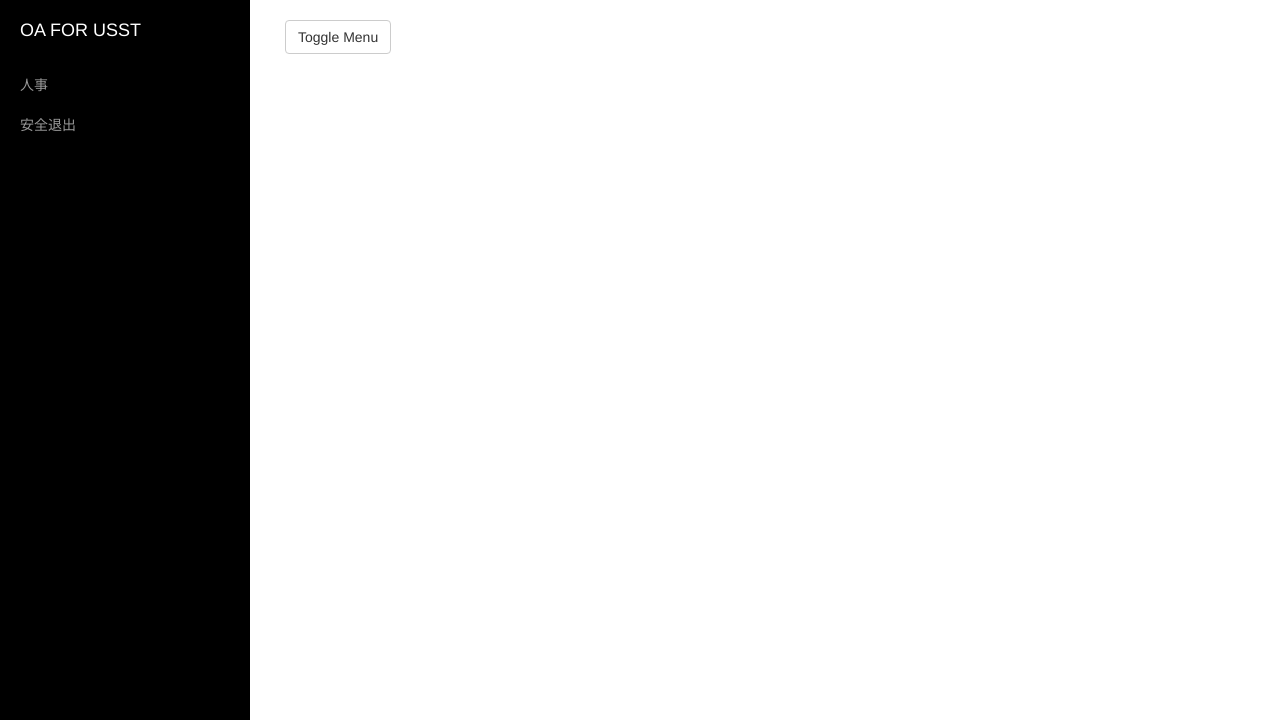
Repository: krzyty/OA_USST
Page: http://localhost/USSTOA/adminMain.jsp
These files come from the project's save history. The page is drawn as it stood at one moment and after the next save; the edit follows.
The browser window is 1280 px wide. The pictures show the whole page.
The page is served by Tomcat 9.

Above is the page before, as saved 2017-07-05 07:00:35.

After the next save:
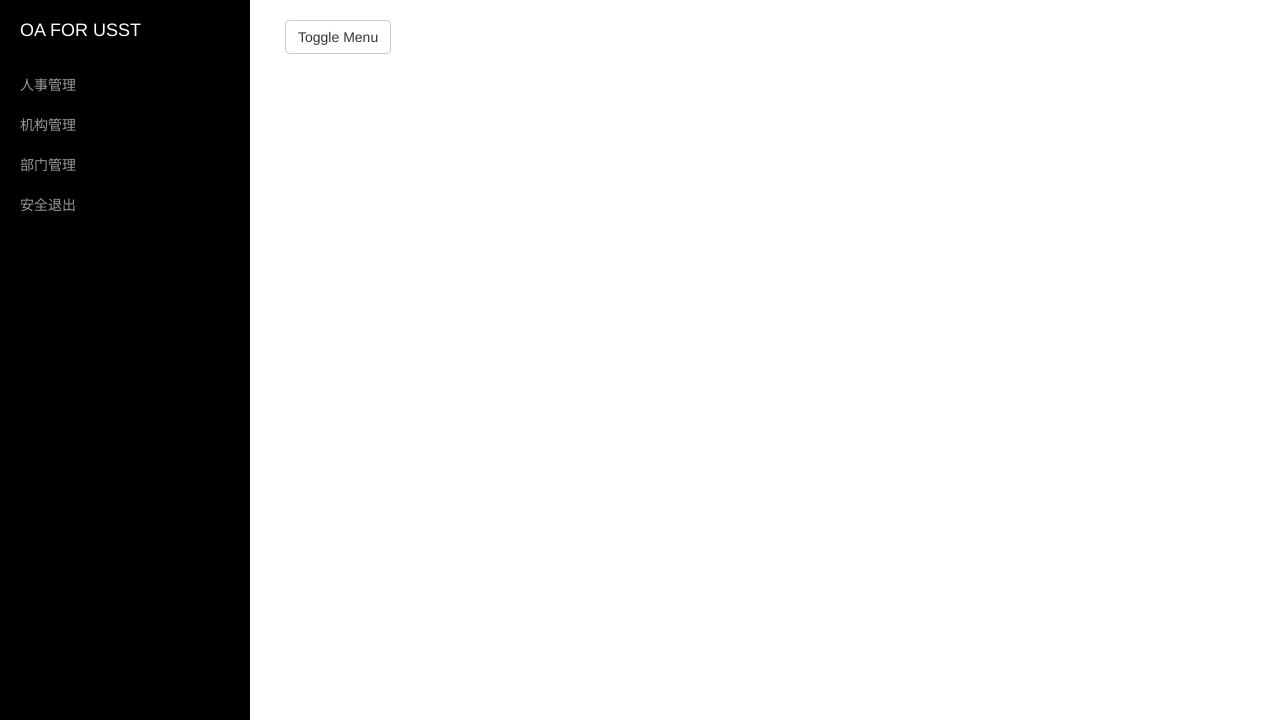
Saved 3 h 29 min later.
--- a/整合好的(不能修改)/OA_USST/USSTOA/WebContent/adminMain.jsp
+++ b/整合好的(不能修改)/OA_USST/USSTOA/WebContent/adminMain.jsp
@@ -28,7 +28,9 @@
 		<div id="sidebar-wrapper">
 			<ul class="sidebar-nav">
 				<li class="sidebar-brand"><a> OA FOR USST </a></li>
-				<li><a href="#">人事</a></li>
+				<li><a href="#">人事管理</a></li>
+				<li><a href="#">机构管理</a></li>
+				<li><a href="#">部门管理</a></li>
 				<li><a href="logout">安全退出</a></li>
 			</ul>
 		</div>
